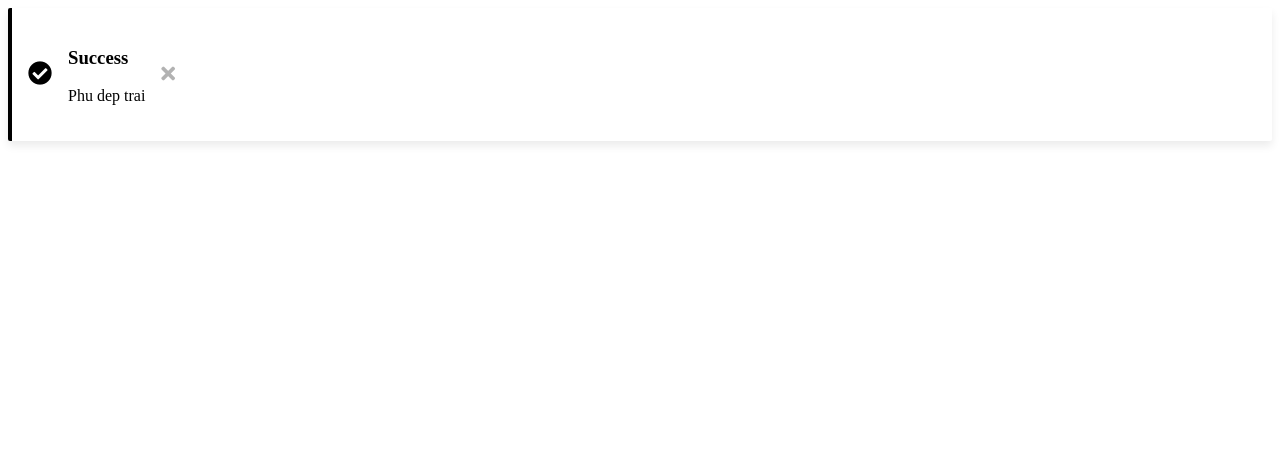
Repository: phunobi1807/theband
Page: btn.html
An editor plug-in stored every save of this project. The page is shown before and after the next save, followed by the edit.
The browser window is 1280 px wide. The pictures show the whole page.

Above is the page before, as saved 2021-06-12 12:20:51.

### btn.html
<!DOCTYPE html>
<html lang="en">
<head>
    <meta charset="UTF-8">
    <meta http-equiv="X-UA-Compatible" content="IE=edge">
    <meta name="viewport" content="width=device-width, initial-scale=1.0">
    <title>Document</title>
    <link rel="stylesheet" href="https://use.fontawesome.com/releases/v5.15.3/css/all.css" integrity="sha384-SZXxX4whJ79/gErwcOYf+zWLeJdY/qpuqC4cAa9rOGUstPomtqpuNWT9wdPEn2fk" crossorigin="anonymous">
    <link rel="stylesheet" href="./btn.css">
</head>
<body>
    <div>
        <div class="toast">
            <div class="toast__icon">
                <i class="fas fa-check-circle"></i>
            </div>
            <div class="toast__body">
                <h3 class="toast__title">
                     Success
                </h3>
                <p class="toast__msg">
                    Phu dep trai
                </p>
            </div>
            <div class="toast__close">
                <i class="fas fa-times"></i>
            </div>
        </div>
    </div>
</body>
</html>

### btn.css
.toast
{
    display: flex;
    align-items: center;
    background: #fff;
    border-radius: 2px;
    padding: 20px 0px;
    border-left: 4px solid;
    box-shadow: 0 5px 8px rgba(0, 0, 0, 0.08);
}
.toast__icon
{
font-size: 24px;
}
.toast__icon,
.toast__close
{
    padding: 0px 16px;
}
.toast__body
{

}
.toast__title
{

}
.toast__msg
{

}
.toast__close
{
    font-size: 20px;
    color: rgba(0, 0, 0, 0.3);
}

After the next save:
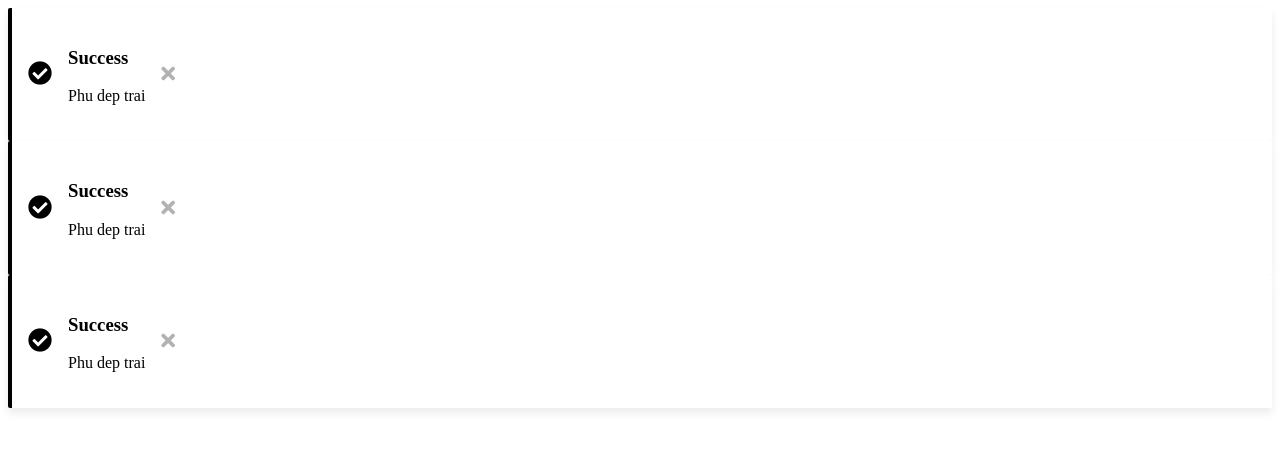
Saved 110 s later.
--- a/btn.html
+++ b/btn.html
@@ -26,6 +26,38 @@
                 <i class="fas fa-times"></i>
             </div>
         </div>
+        <div class="toast">
+            <div class="toast__icon">
+                <i class="fas fa-check-circle"></i>
+            </div>
+            <div class="toast__body">
+                <h3 class="toast__title">
+                     Success
+                </h3>
+                <p class="toast__msg">
+                    Phu dep trai
+                </p>
+            </div>
+            <div class="toast__close">
+                <i class="fas fa-times"></i>
+            </div>
+        </div>
+        <div class="toast">
+            <div class="toast__icon">
+                <i class="fas fa-check-circle"></i>
+            </div>
+            <div class="toast__body">
+                <h3 class="toast__title">
+                     Success
+                </h3>
+                <p class="toast__msg">
+                    Phu dep trai
+                </p>
+            </div>
+            <div class="toast__close">
+                <i class="fas fa-times"></i>
+            </div>
+        </div>
     </div>
 </body>
 </html>
